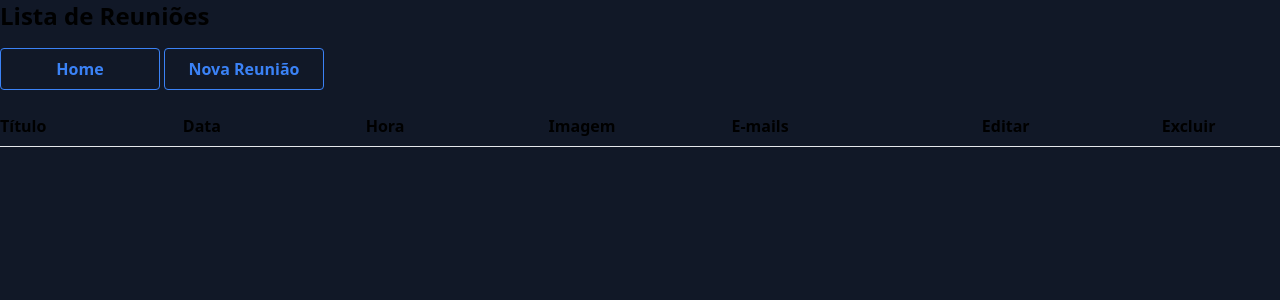
Repository: TamiBeira/meeting
Page: /meetings
These files come from the project's save history. The page is drawn as it stood at one moment and after the next save; the edit follows.
The browser window is 1280 px wide. The pictures show the whole page.
The project was rebuilt for these pictures with package versions that can differ from the ones it lists, and the page was loaded fresh each time. Also part of the build but not shown: vite.config.ts, src/contexts/FormContext.tsx, src/components/Form.tsx, src/components/HomePage.tsx.

Above is the page before, as saved 2024-02-27 00:12:24.

### index.html
<!doctype html>
<html lang="pt">
  <head>
    <meta charset="UTF-8" />
    <meta name="viewport" content="width=device-width, initial-scale=1.0" />
    <title>Meeting</title>
  </head>
  <body>
    <div id="root"></div>
    <script type="module" src="/src/main.tsx"></script>
  </body>
</html>

### src/app.tsx
import { BrowserRouter as Router, Routes, Route } from 'react-router-dom';
import { FormProvider } from './contexts/FormContext';
import { MeetingsProvider } from './contexts/MeetingsContext';
import { Form } from './components/Form';
import { MeetingsView } from './components/MeetingsView';
import { HomePage } from './components/HomePage';

export const App = () => {
  return (
    <Router>
      <Routes>
        <Route path="/" element={<HomePage />} />
        <Route path="/form" element={<FormProvider><Form /></FormProvider>} />
        <Route path="/meetings" element={<MeetingsProvider><MeetingsView /></MeetingsProvider>} />
      </Routes>
    </Router>
  );
};

### src/contexts/MeetingsContext.tsx
import React, { createContext, useState, useEffect, useContext } from 'react';
import { toast } from 'react-toastify';

export interface Meeting {
  title: string;
  data: string;
  hora: string;
  imagem?: string;
  imagemPath?: string;
  emails: string[];
}

interface MeetingsContextType {
  meetings: Meeting[];
  editableIndex: number | null;
  editedMeeting: Meeting;
  handleEdit: (index: number) => void;
  handleSave: () => void;
  handleDelete: (index: number) => void;
  handleInputChange: (event: React.ChangeEvent<HTMLInputElement>, key: string) => void;
}

interface MeetingContextProviderProps {
  children: React.ReactNode;
}

const MeetingsContext = createContext<MeetingsContextType | undefined>(undefined);

export const useMeetingsContext = () => {
  const context = useContext(MeetingsContext);
  if (!context) {
    throw new Error('useMeetingsContext must be used within a MeetingsProvider');
  }
  return context;
};

export const MeetingsProvider: React.FC<MeetingContextProviderProps> = ({ children }) => {
  const [meetings, setMeetings] = useState<Meeting[]>([]);
  const [editableIndex, setEditableIndex] = useState<number | null>(null);
  const [editedMeeting, setEditedMeeting] = useState<Meeting>({
    title: '',
    data: '',
    hora: '',
    emails: [],
  });

  useEffect(() => {
    const storedMeetings = localStorage.getItem('meetingData');
    if (storedMeetings) {
      setMeetings(JSON.parse(storedMeetings));
    }
  }, []);

  const handleEdit = (index: number) => {
    setEditableIndex(index);
    setEditedMeeting(meetings[index]);
  };

  const handleSave = () => {
    if (editableIndex === null) return;

    const updatedMeetings = [...meetings];
    updatedMeetings[editableIndex] = editedMeeting;
    setMeetings(updatedMeetings);
    localStorage.setItem('meetingData', JSON.stringify(updatedMeetings));
    setEditableIndex(null);
    setEditedMeeting({
      title: '',
      data: '',
      hora: '',
      emails: [],
    });
    toast.success('Reunião salva com sucesso!');
  };

  const handleDelete = (index: number) => {
    const confirmDelete = window.confirm('Tem certeza que deseja excluir esta reunião?');
    if (confirmDelete) {
      const updatedMeetings = [...meetings];
      updatedMeetings.splice(index, 1);
      setMeetings(updatedMeetings);
      localStorage.setItem('meetingData', JSON.stringify(updatedMeetings));
      toast.success('Reunião excluída com sucesso!');
    }
  };

  const handleInputChange = (event: React.ChangeEvent<HTMLInputElement>, key: string) => {
    setEditedMeeting({ ...editedMeeting, [key]: event.target.value });
  };

  const contextValue: MeetingsContextType = {
    meetings,
    editableIndex,
    editedMeeting,
    handleEdit,
    handleSave,
    handleDelete,
    handleInputChange,
  };

  return (
    <MeetingsContext.Provider value={contextValue}>
      {children}
    </MeetingsContext.Provider>
  );
};

### src/components/MeetingsView.tsx
import React from 'react';
import { Link } from 'react-router-dom';
import { ToastContainer } from 'react-toastify';
import { FaEdit, FaTrash } from 'react-icons/fa';
import { useMeetingsContext } from '../contexts/MeetingsContext';

export const MeetingsView: React.FC = () => {
  const {
    meetings,
    editableIndex,
    editedMeeting,
    handleEdit,
    handleSave,
    handleDelete,
    handleInputChange,
  } = useMeetingsContext();

  const handleImageChange = (e: React.ChangeEvent<HTMLInputElement>) => {
    const file = e.target.files && e.target.files[0];
    if (file) {
      const reader = new FileReader();
      reader.onloadend = () => {
        const imageDataUrl = reader.result as string;
        handleInputChange({ target: { value: imageDataUrl } } as React.ChangeEvent<HTMLInputElement>, 'imagem');
      };
      reader.readAsDataURL(file);
    }
  };

  return (
    <div className="mx-auto bg-gray-900 w-full h-screen">
      <h2 className="text-2xl font-bold mb-4">Lista de Reuniões</h2>
      <div className="mt-4 mb-4">
        <Link to="/" className="w-40 mr-1 inline-block text-center border border-solid border-blue-500 text-blue-500 font-bold px-4 py-2 rounded">Home</Link>
        <Link to="/form" className="w-40 inline-block text-center border border-solid border-blue-500 text-blue-500 font-bold mr-2 px-4 py-2 rounded">Nova Reunião</Link>
      </div>
      <ul>
        <li className="border-b border-gray-200 py-2 flex sm:flex-row font-semibold">
          <div className="w-1/5">Título</div>
          <div className="w-1/5">Data</div>
          <div className="w-1/5">Hora</div>
          <div className="w-1/5">Imagem</div>
          <div className="w-1/5">E-mails</div>
          <div className="w-1/5 text-center">Editar</div>
          <div className="w-1/5 text-center">Excluir</div>
        </li>
        {meetings.map((meeting, index) => (
          <li key={index} className="border-b border-gray-200 py-4 flex flex-col sm:flex-row justify-center items-center">
            {editableIndex === index ? (
              <>
                <input
                  type="text"
                  value={editedMeeting.title}
                  onChange={(e) => handleInputChange(e, 'title')}
                  className="mb-2 sm:mb-0 mr-4 px-4 py-2 border rounded-md shadow-sm focus:outline-none focus:ring-blue-500 focus:border-blue-500 max-w-28"
                  placeholder="Título"
                />
                <input
                  type="date"
                  value={editedMeeting.data}
                  onChange={(e) => handleInputChange(e, 'data')}
                  className="mb-2 sm:mb-0 mr-4 px-4 py-2 border rounded-md shadow-sm focus:outline-none focus:ring-blue-500 focus:border-blue-500"
                />
                <input
                  type="time"
                  value={editedMeeting.hora}
                  onChange={(e) => handleInputChange(e, 'hora')}
                  className="mb-2 sm:mb-0 mr-4 px-4 py-2 border rounded-md shadow-sm focus:outline-none focus:ring-blue-500 focus:border-blue-500"
                />
                <div className="flex items-center w-1/5">
                  <input
                    type="file"
                    accept="image/*"
                    onChange={handleImageChange}
                    className="hidden"
                    id="input-image"
                  />
                  <label htmlFor="input-image" className="cursor-pointer mr-2 underline text-blue-500">Escolher outra imagem</label>
                  {editedMeeting.imagem && (
                    <img src={editedMeeting.imagem} alt="Imagem da reunião" className="max-w-xs h-12" />
                  )}
                </div>
                <input
                  type="text"
                  value={editedMeeting.emails.join(', ')}
                  onChange={(e) => handleInputChange(e, 'emails')}
                  className="mb-2 sm:mb-0 mr-4 px-4 py-2 border rounded-md shadow-sm focus:outline-none focus:ring-blue-500 focus:border-blue-500 w-64"
                  placeholder="E-mails"
                />
                <div>
                  <button
                    onClick={handleSave}
                    className="bg-green-500 hover:bg-green-700 text-white font-bold py-2 px-4 mr-2 rounded"
                  >
                    Salvar
                  </button>
                </div>
              </>
            ) : (
              <>
                <div className="w-1/5">{meeting.title}</div>
                <div className="w-1/5">{meeting.data}</div>
                <div className="w-1/5">{meeting.hora}</div>
                <div className="w-1/5">
                  <img src={meeting.imagem} alt="Imagem da reunião" width={50} height={50}/>
                </div>
                <div className="w-1/5">{Array.isArray(meeting.emails) ? meeting.emails.join(', ') : ''}</div>
                <div className="w-1/5 text-center">
                  <button
                    onClick={() => handleEdit(index)}
                    className="text-blue-500 font-bold"
                  >
                    <FaEdit className="inline-block mr-1" />
                  </button>
                </div>
                <div className='w-1/5 justify-center text-center'>
                  <button
                    onClick={() => handleDelete(index)}
                    className="text-red-500 font-bold"
                  >
                    <FaTrash className="inline-block mr-1" />
                  </button>
                </div>
              </>
            )}
          </li>
        ))}
      </ul>
      <ToastContainer />
    </div>
  );
};

### tailwind.config.js
/** @type {import('tailwindcss').Config} */
export default {
  content: [
    "./index.html",
    "./src/**/*.tsx",
  ],
  theme: {
    extend: {},
  },
  plugins: [],
}

Loaded but not shown: src/main.tsx (common file); src/index.css (common file)

After the next save:
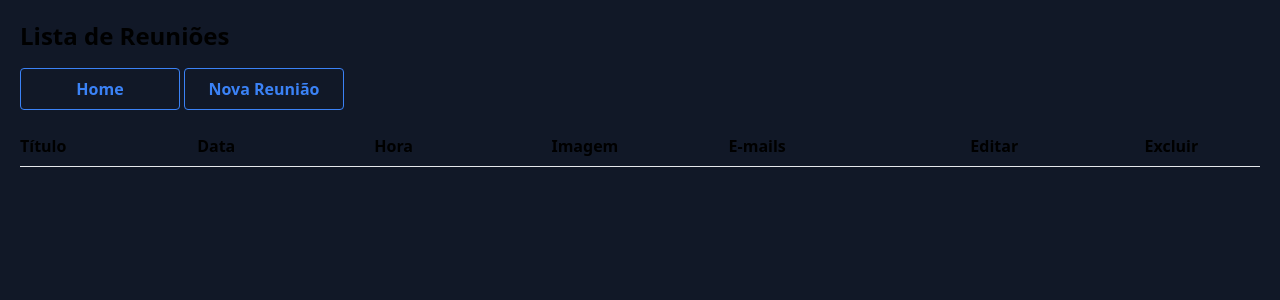
Saved 25 s later.
--- a/src/components/MeetingsView.tsx
+++ b/src/components/MeetingsView.tsx
@@ -28,7 +28,7 @@ export const MeetingsView: React.FC = () => {
   };
 
   return (
-    <div className="mx-auto bg-gray-900 w-full h-screen">
+    <div className="mx-auto bg-gray-900 w-full h-screen p-5">
       <h2 className="text-2xl font-bold mb-4">Lista de Reuniões</h2>
       <div className="mt-4 mb-4">
         <Link to="/" className="w-40 mr-1 inline-block text-center border border-solid border-blue-500 text-blue-500 font-bold px-4 py-2 rounded">Home</Link>
